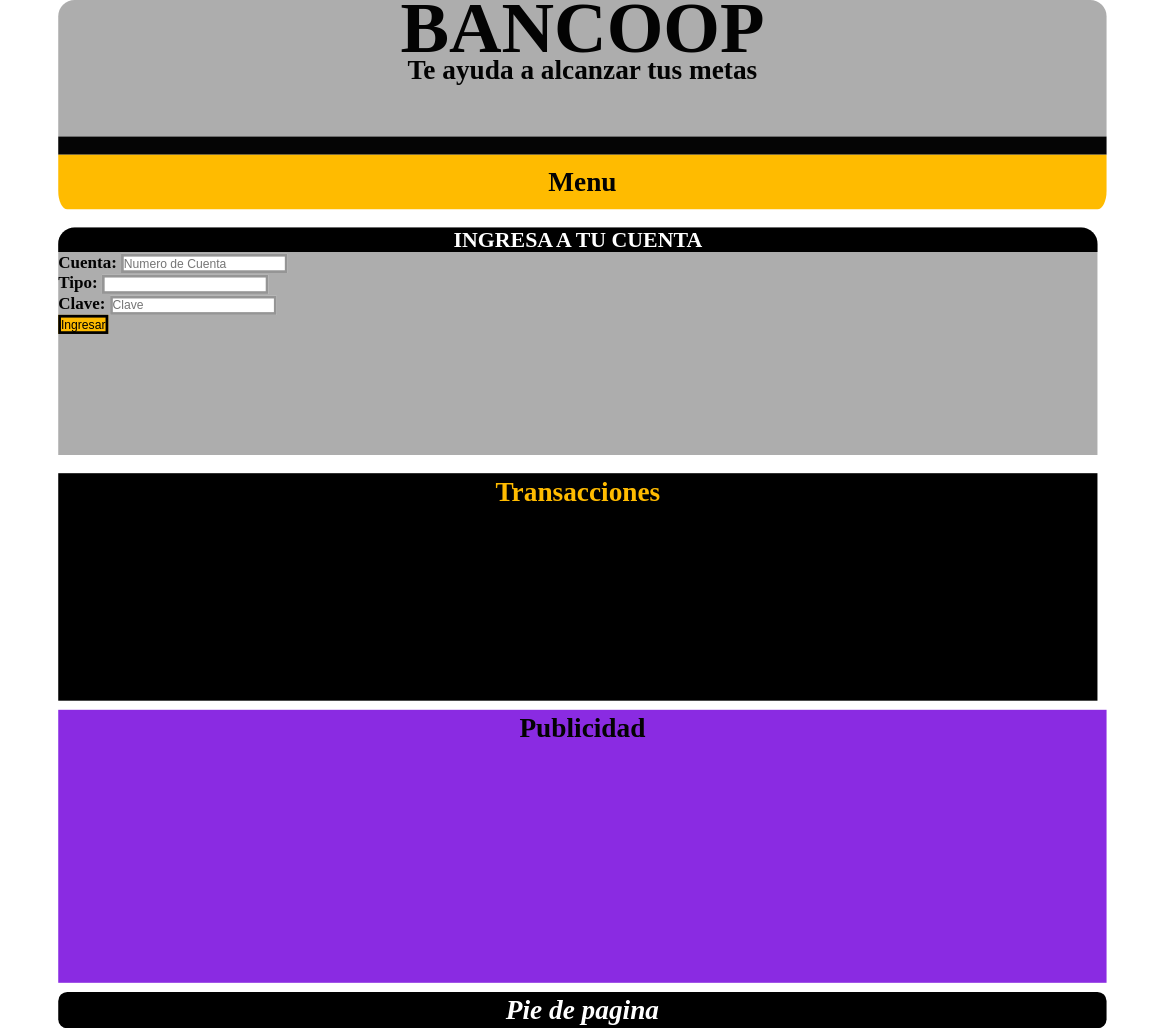
Repository: NickArregoces/BANCOOP
Page: Index.html
These files come from the project's save history. The page is drawn as it stood at one moment and after the next save; the edit follows.
The browser window is 1280 px wide. The pictures show the whole page, at 91% of full size.

Above is the page before, as saved 2021-09-29 17:48:56.

After the next save:
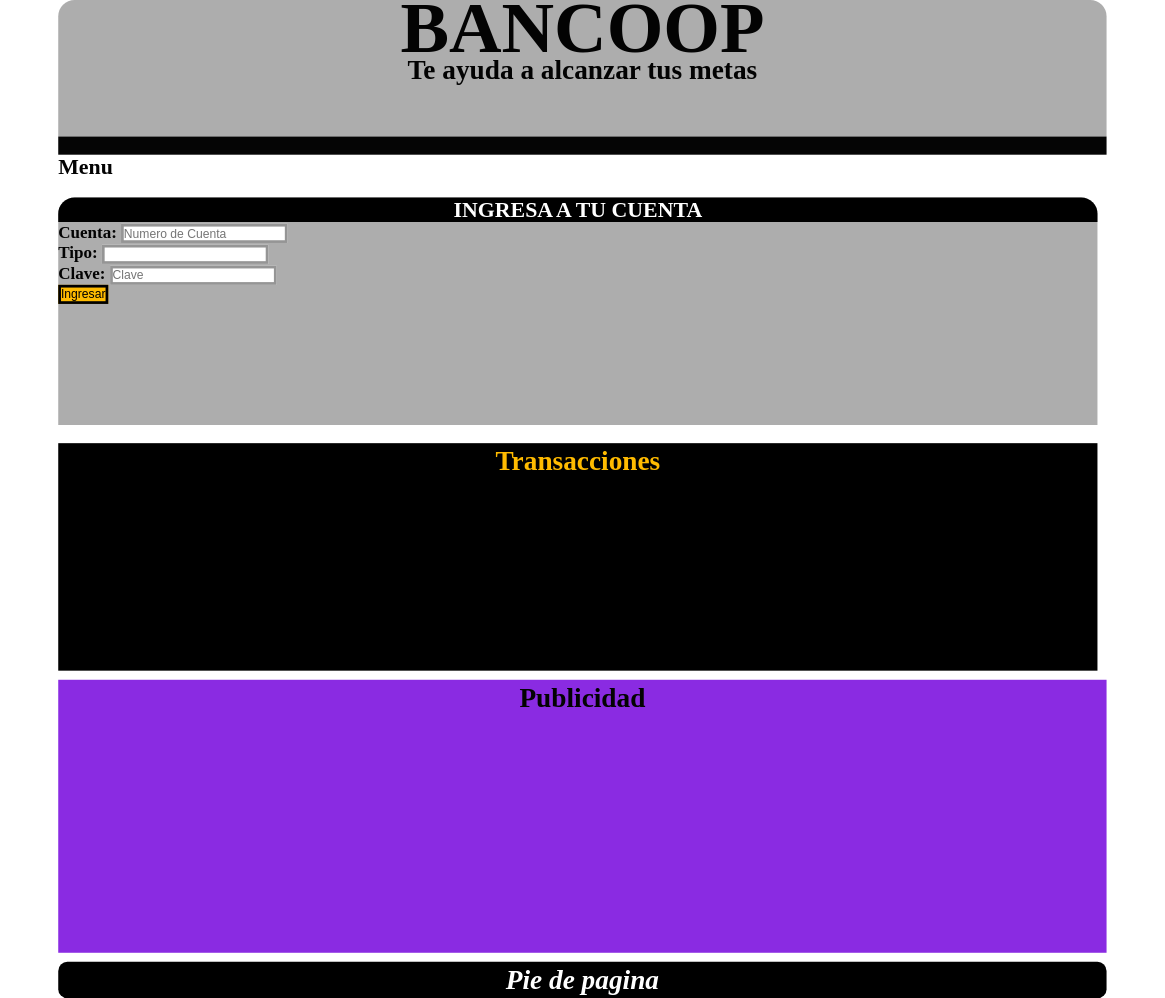
Saved 91 s later.
--- a/Index.html
+++ b/Index.html
@@ -17,9 +17,9 @@
         <nav class="barra">
 
         </nav>
-        <nav class="Menu">
+        <ul class="Menu">
             <h2>Menu</h2>
-        </main>
+        </ul>
     </div>
 
         <div id="Contenido">

After the save that followed:
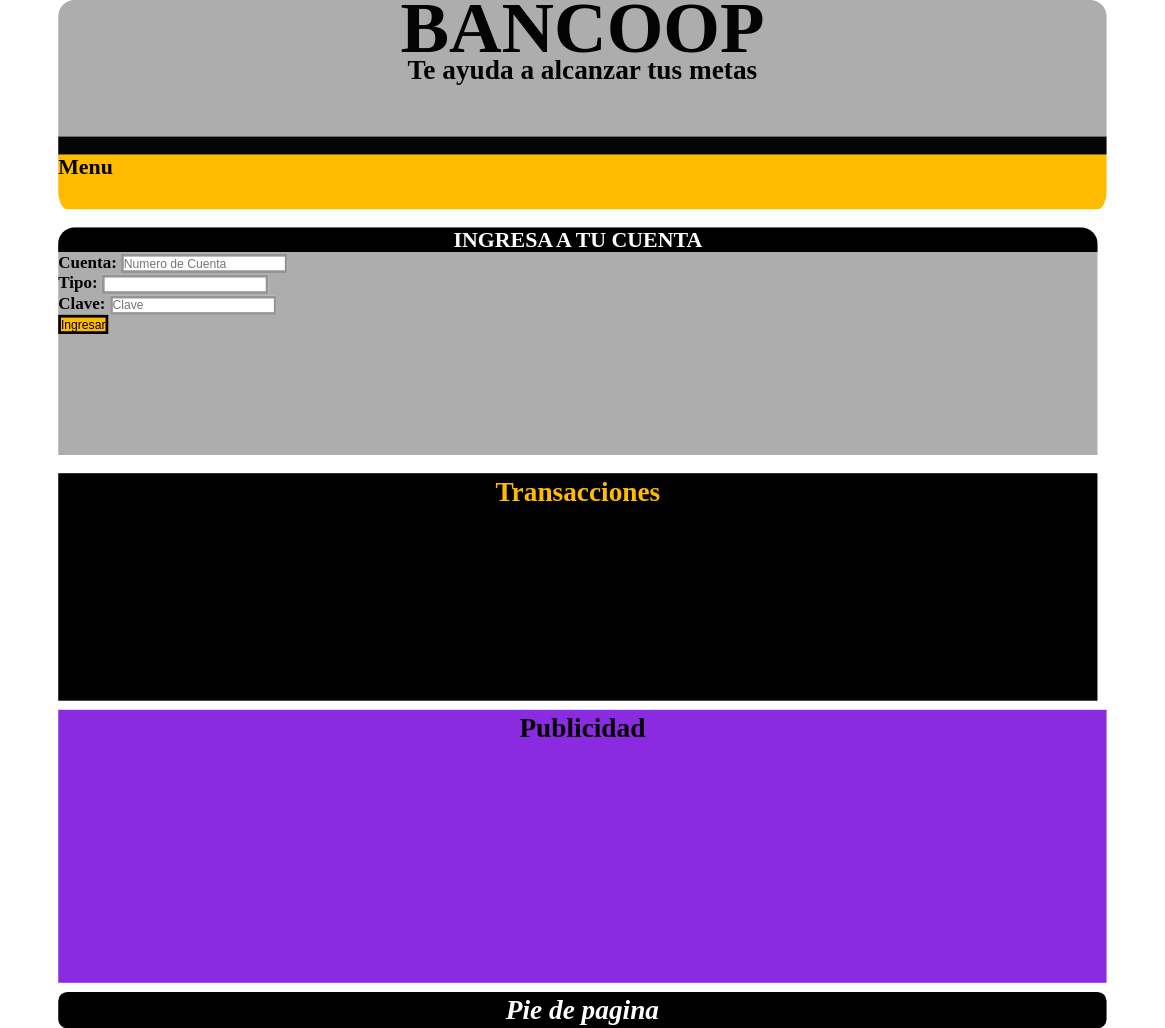
Saved 8 s later.
--- a/CSS/Style.css
+++ b/CSS/Style.css
@@ -31,7 +31,7 @@ nav.barra{
     height: 20px;
 }
 
-nav.Menu{
+ul.Menu{
     border-bottom-left-radius: 10px 20px;
     border-bottom-right-radius: 10px 20px;
     background: rgb(255, 187, 0);
